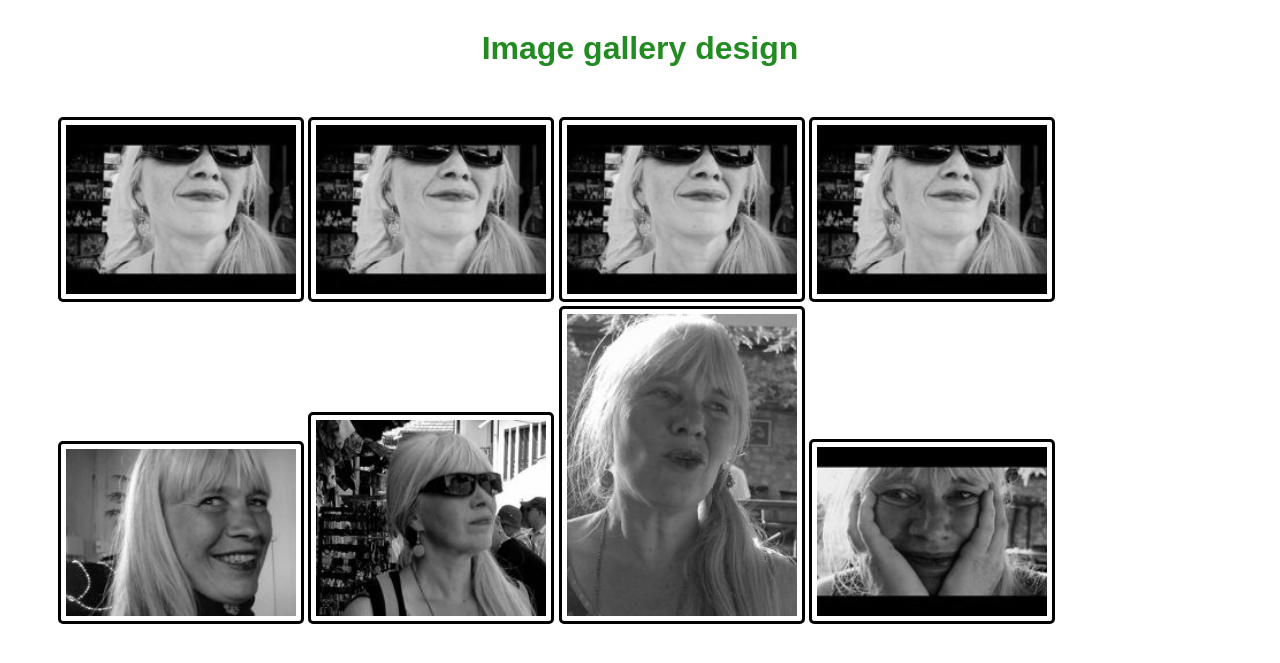
Repository: hindrik40/bildspel-lightbox
Page: index.html
An editor plug-in stored every save of this project. The page is shown before and after a run of saves, followed by the edit.
The browser window is 1280 px wide. The pictures show the whole page.

Above is the page before, as saved 2021-08-08 16:57:42.

### index.html
<!DOCTYPE html>
<html lang="en">
<head>
    <meta charset="UTF-8">
    <meta http-equiv="X-UA-Compatible" content="IE=edge">
    <meta name="viewport" content="width=device-width, initial-scale=1.0">
    <link rel="stylesheet" href="css/style.css">
    <title>slide lightbox</title>
</head>
<body>
    <h1>Image gallery design</h1>
    <div class="gallery">
        <a href="images/b7.jpg"></a><img src="images/b7t.jpg">
        <a href="images/b5.jpg"></a><img src="images/b7t.jpg">
        <a href="images/b7.jpg"></a><img src="images/b7t.jpg">
        <a href="images/b7.jpg"></a><img src="images/b7t.jpg">



        <img src="images/b5t.jpg">
        <img src="images/b6t.jpg">
        <img src="images/b9t.jpg">
        <img src="images/b8t.jpg">



    </div>

</body>
</html>

### css/style.css
body {
    font-family: sans-serif;
}

h1 {
    text-align: center;
    color: forestgreen;
    margin: 30px 0 50px;
}

.gallery {
    margin: 10px 50px;
}

.gallery img {
    width: 230px;
    padding: 5px;
    filter:grayscale(100%);
    transition: 1s;
    border-radius: 5px;;
}
.gallery img:hover {
    filter: grayscale(0%);
    transform:scale(1.1)}


img {
    border: 3px solid black;
}

After the next 2 saves:
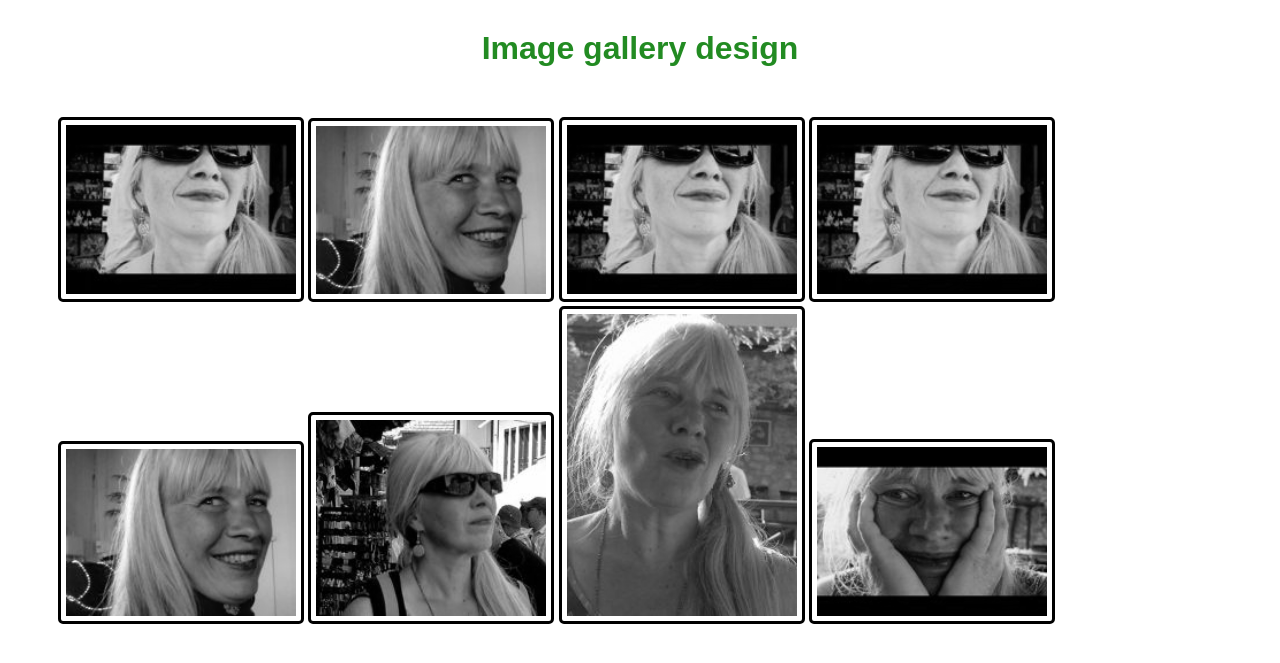
The 2 saves are shown as one change because they came seconds apart.
The last was saved 12 s later.
--- a/index.html
+++ b/index.html
@@ -11,7 +11,7 @@
     <h1>Image gallery design</h1>
     <div class="gallery">
         <a href="images/b7.jpg"></a><img src="images/b7t.jpg">
-        <a href="images/b5.jpg"></a><img src="images/b7t.jpg">
+        <a href="images/b5.jpg"></a><img src="images/b5t.jpg">
         <a href="images/b7.jpg"></a><img src="images/b7t.jpg">
         <a href="images/b7.jpg"></a><img src="images/b7t.jpg">
 
